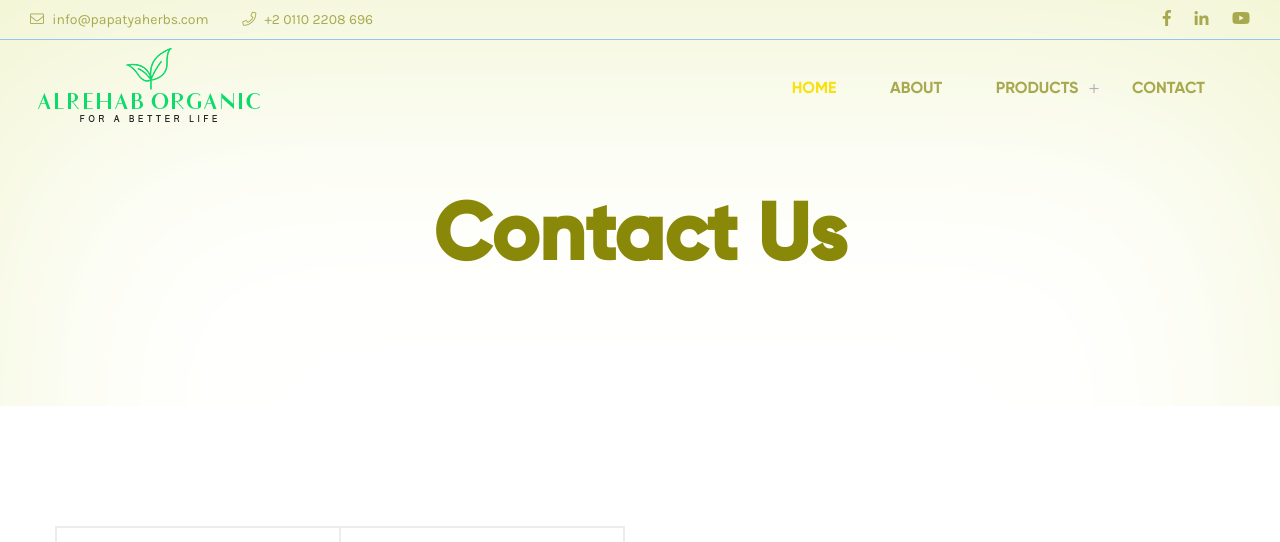
Repository: ziadmoh/alrehab-organic
Page: contact.html
The author's editor kept a copy of each file at every save. The page is drawn from the files as they stood at one save, then again after the next save.
The browser window is 1280 px wide. The pictures show the part of the page from y = 0 to 542 px (the page is 2754 px tall).
Pictures or frames that could not be fetched are drawn as grey boxes. The style sheet was rebuilt from its Sass, Less or Tailwind sources for each picture, by a compiler version that may differ from the author's.

Above is the page before, as saved 2023-10-30 23:28:16.

### contact.html
<!DOCTYPE html>
<html lang="zxx">

<head>
    <!--====== Required meta tags ======-->
    <meta charset="utf-8" />
    <meta http-equiv="x-ua-compatible" content="ie=edge" />
    <meta name="description" content="" />
    <meta name="viewport" content="width=device-width, initial-scale=1, shrink-to-fit=no" />

    <!--====== Title ======-->
    <title>Herbs and Spices Exporter | Papatyaherbs </title>
    <!--====== Favicon Icon ======-->
    <link rel="shortcut icon" href="assets/img/favicon.ico" type="img/png" />
    <!--====== Bootstrap css ======-->
    <link rel="stylesheet" href="assets/css/bootstrap.min.css" />
    <!--====== Slick Slider ======-->
    <link rel="stylesheet" href="assets/css/slick.css" />
    <!--====== Magnific ======-->
    <link rel="stylesheet" href="assets/css/magnific-popup.css" />
    <!--====== Animate CSS ======-->
    <link rel="stylesheet" href="assets/css/animate.min.css" />
    <!--====== Font Awesome ======-->
    <link rel="stylesheet" href="assets/css/font-awesome.min.css" />
    <!--====== Main Css ======-->
    <link rel="stylesheet" href="assets/css/style.css" />
</head>

<body>
    <!--====== Preloader Start ======-->
    <div id="preloader">
        <div class="loader-cubes">
            <div class="loader-cube1 loader-cube"></div>
            <div class="loader-cube2 loader-cube"></div>
            <div class="loader-cube4 loader-cube"></div>
            <div class="loader-cube3 loader-cube"></div>
        </div>
    </div>
    <!--====== Preloader End ======-->

    <!--====== Header Part Start ======-->
    <header class="header-two header-full-width sticky-header">
        <div class="header-topbar d-none d-sm-block">
            <div class="container-fluid">
                <div class="row align-items-center justify-content-between">
                    <div class="col-sm-auto col-12">
                        <ul class="contact-info text-center">
                            <li><a href="mailto:info@papatyaherbs.com"><i class="fal fa-envelope"></i> info@papatyaherbs.com</a></li>
                            <li><a href="tel:00201102208696"><i class="fal fa-phone"></i> +2 0110 2208 696</a></li>
                        </ul>
                    </div>
                    <div class="col-sm-auto col-12">
                        <div class="social-icon text-center">
                            <ul>
                                <li><a href="#"><i class="fab fa-facebook-f"></i></a></li>
                                <!--<li><a href="#"><i class="fab fa-twitter"></i></a></li>-->
                                <!--<li><a href="#"><i class="fab fa-behance"></i></a></li>-->
                                <li><a target="_blank" href="https://www.linkedin.com/company/papatyaherbs/"><i class="fab fa-linkedin-in"></i></a></li>
                                <li><a href="#"><i class="fab fa-youtube"></i></a></li>
                            </ul>
                        </div>
                    </div>
                </div>
            </div>
        </div>
        <div class="header-navigation">
            <div class="container-fluid d-flex align-items-center justify-content-between">
                <div class="header-left">
                    <div class="site-logo">
                        <a href="index.html"><img src="assets/img/logos/re-logo1.png" alt="Omnivus"></a>
                    </div>
                </div>
                <div class="header-right d-flex align-items-center justify-content-end">
                    <div class="site-nav-menu">
                        <ul class="primary-menu">
                            <li class="current">
                                <a class="nav-link" href="index.html">Home</a>

                            </li>
                            <li>
                                <a class="nav-link" href="about.html">About</a>
                            </li>
                            <li>
                                <a href="#">Products</a>
                                <ul class="submenu">
                                    <li><a href="seeds.html">Seeds</a></li>
                                    <li><a href="herbs.html">Herbs</a></li>
                                    <li><a href="spices.html">Spices</a></li>
                                    <!-- <li><a href="products-details.html">Services Details</a></li> -->
                                </ul>
                            </li>


                            <li>
                                <a href="contact.html">Contact</a>
                            </li>
                        </ul>
                        <a href="#" class="nav-close"><i class="fal fa-times"></i></a>
                    </div>
                    <div class="header-extra d-flex align-items-center">
                        <div class="nav-toggler">
                            <span></span><span></span><span></span>
                        </div>
                    </div>
                </div>

            </div>
        </div>
    </header>
    <!--====== Header Part End ======-->

    <!--====== Page Title start ======-->
    <section class="page-title-area">
        <div class="container">
            <h2 class="title">Contact Us</h2>

        </div>
    </section>
    <!--====== Page Title End ======-->

    <!--====== Contact Information Start ======-->
    <section class="contact-info-section section-gap">
        <div class="container">
            <div class="row align-items-center">
                <div class="col-lg-6">
                    <div class="contact-info-items mb-md-gap-50">
                        <div class="contact-info-item text-center">
                            <i class="fal fa-phone"></i>
                            <h5 class="title">Phone Number</h5>
                            <p>+2 0110 2208 696</p>
                        </div>
                        <div class="contact-info-item text-center">
                            <i class="fal fa-envelope"></i>
                            <h5 class="title">Email Address</h5>
                            <p>info@papatyaherbs.com</p>
                        </div>
                        <a target="_blank" href="https://www.google.com/maps/place/29%C2%B016'28.2%22N+30%C2%B041'37.5%22E/@29.2745,30.69375,17z/data=!3m1!4b1!4m4!3m3!8m2!3d29.2745!4d30.69375?hl=en-GB&entry=ttu" class="contact-info-item text-center">
                            <i class="fal fa-map"></i>
                            <h5 class="title">Company Location</h5>
                            <p>Abu Denqash, Ibsheway, Faiyum Governorate</p>
                        </a>
                        <div class="contact-info-item text-center">
                            <i class="fal fa-globe"></i>
                            <h5 class="title">Social Network</h5>
                            <p>fb.com/example</p>
                        </div>
                    </div>
                </div>
                <div class="col-lg-6">
                    <div class="contact-map-three">
                        <iframe src="https://www.google.com/maps/embed?pb=!1m17!1m12!1m3!1d3480.2666137017363!2d30.693749999999998!3d29.2745!2m3!1f0!2f0!3f0!3m2!1i1024!2i768!4f13.1!3m2!1m1!2zMjnCsDE2JzI4LjIiTiAzMMKwNDEnMzcuNSJF!5e0!3m2!1sen!2seg!4v1698698469248!5m2!1sen!2seg" width="600" height="450" style="border:0;" allowfullscreen="" loading="lazy" referrerpolicy="no-referrer-when-downgrade"></iframe>
                    </div>
                </div>
            </div>
        </div>
    </section>
    <!--====== Contact Information End ======-->

    <!--====== Contact Form Start ======-->
    <section class="contact-map-section section-gap soft-blue-bg">
        <div class="container">
            <div class="row justify-content-start">
                <div class="col-lg-8 col-md-9">
                    <div class="section-title text-left mb-45">
                        <h2 class="title">Get In Touch</h2>
                    </div>

                    <div class="form-area">
                        <form id="contactForm" action="assets/php/form-process.php" name="contactForm" method="post">
                            <div class="input-group form-group">
                                <input type="text" name="name" id="name" placeholder="Enter your name" required data-error="Please enter your name">
                                <label class="icon" for="name"><i class="fal fa-user"></i></label>
                                <div class="help-block with-errors"></div>
                            </div>
                            <div class="input-group form-group mt-20">
                                <input type="email" id="email" name="email" placeholder="Enter your email" required data-error="Please enter your Email">
                                <label class="icon" for="email"><i class="fal fa-envelope"></i></label>
                                <div class="help-block with-errors"></div>
                            </div>
                            <div class="input-group form-group textarea-group mt-20">
                                <textarea name="message" id="message" cols="30" rows="10" placeholder="Enter your message" required data-error="Please enter your Message"></textarea>
                                <label class="icon" for="message"><i class="fal fa-edit"></i></label>
                                <div class="help-block with-errors"></div>
                            </div>
                            <div class="input-group d-block mt-20">
                                <button class="main-btn" type="submit">Submit Now</button>
                                <div id="msgSubmit" class="hidden"></div>
                            </div>
                        </form>
                    </div>
                </div>
            </div>
        </div>
    </section>
    <!--====== Contact Form End ======-->


    <!--====== Back to top start ======-->
    <div class="back-to-top">
        <a href="#"> <i class="fas fa-arrow-up"></i> </a>
    </div>
    <!--====== Back to top start ======-->

    <!--====== Footer PART START ======-->
    <footer class="footer-area">
        <div class="container">
            <div class="row footer-widgets">
                <div class="col-lg-4 col-md-6 col-md-7">
                    <div class="widget about-widget">
                        <div class="logo">
                            <img src="assets/img/logos/logo-white.png" alt="">
                        </div>
                        <p>At Papatyaherbs, we are dedicated to enriching your experiences with the finest herbs, spices, and seeds. With a commitment to quality, sustainability, and flavor, we take pride in our journey from field to plate. Our passion for delivering excellence has made us a trusted name in the industry, and we look forward to being your partner. Explore our diverse range of products, discover the stories behind each flavor, and join us on a gastronomic adventure that celebrates nature's bounty.</p>

                    </div>
                </div>
                <div class="col-lg-3 col-md-6 offset-xl-1">
                    <div class="widget nav-widget">
                        <h4 class="widget-title">Pages</h4>
                        <div class="footer-list">
                            <ul>
                                <li><a href="index.html"><i class="fal fa-angle-right"></i> Home</a></li>
                                <li><a href="products.html"><i class="fal fa-angle-right"></i> Products</a></li>
                                <li><a href="about.html"><i class="fal fa-angle-right"></i> About</a></li>

                            </ul>
                            <ul>
                                <li><a href="certificates.html"><i class="fal fa-angle-right"></i> Certificates</a></li>
                                <li><a href="contact.html"><i class="fal fa-angle-right"></i> Contact Us</a></li>

                            </ul>
                        </div>
                    </div>
                </div>
                <div class="col-lg-4 col-md-6 col-md-6">
                    <div class="widget contact-widget">
                        <h4 class="widget-title">Contact</h4>
                        <ul>

                            <li>+2 0110 2208 696</li>
                            <li>info@papatyaherbs.com</li>
                        </ul>
                    </div>
                </div>
            </div>
            <div class="footer-copyright">
                <p>Copyright By@ <a href="#">Papatyaherbs</a> - 2023</p>
            </div>
        </div>
    </footer>
    <!--====== Footer PART ENDS ======-->

    <!--====== Jquery ======-->
    <script src="assets/js/jquery-1.12.4.min.js"></script>
    <!--====== Bootstrap ======-->
    <script src="assets/js/bootstrap.bundle.min.js"></script>
    <!--====== Slick slider ======-->
    <script src="assets/js/slick.min.js"></script>
    <!--====== Magnific ======-->
    <script src="assets/js/jquery.magnific-popup.min.js"></script>
    <!--====== Isotope ======-->
    <script src="assets/js/isotope.pkgd.min.js"></script>
    <!--====== Imagesloaded ======-->
    <script src="assets/js/imagesloaded.pkgd.min.js"></script>
    <!--====== Inview ======-->
    <script src="assets/js/jquery.inview.min.js"></script>
    <!--====== Easy Pie Chart ======-->
    <script src="assets/js/jquery.easypiechart.min.js"></script>
    <!--====== Syotimer ======-->
    <script src="assets/js/jquery.syotimer.min.js"></script>
    <!--====== AjaxChimp Min JS ======-->
    <script src="assets/js/jquery.ajaxchimp.min.js"></script>
    <!--====== Form Validator Min JS ======-->
    <script src="assets/js/form-validator.min.js"></script>
    <!--====== Contact Form Min JS ======-->
    <script src="assets/js/contact-form-script.js"></script>
    <!--====== Wow ======-->
    <script src="assets/js/wow.min.js"></script>
    <!--====== Main JS ======-->
    <script src="assets/js/main.js"></script>
</body>

</html>

### assets/scss/style.scss
/*-----------------------------------------------------------------------------------
    This is Main Style Scss File.
-----------------------------------------------------------------------------------
	CSS INDEX
	===================
    01. Common
    02. Header
    03. Banner
    04. Service
    05. Feature
    05. Portdolio
    07. Counter
    08. Team
    09. Testimonial
    10. Call to action
    11. Latest Post
    12. About
    13. Why Choose
    14. Contact
    15. Intro Video
    16. Accordion
    17. history
    18. Brand
    19. Page title
    20. Shop
    21. Blog
    22. Pricing
    23. Tile Gallery
    24. Comming Soon
    25. Privacy
-----------------------------------------------------------------------------------*/

@import "variables";
@import "common";
@import "header";
@import "banner";
@import "service";
@import "feature";
@import "portfolio";
@import "counter";
@import "team";
@import "testimonial";
@import "cta";
@import "latest-news";
@import "about";
@import "why-choose";
@import "contact";
@import "intro-video";
@import "accordion";
@import "history";
@import "brand";
@import "footer";
@import "page-title";
@import "shop";
@import "blog";
@import "pricing";
@import "tile-gallery";
@import "coming-soon";
@import "privacy";

### assets/scss/_why-choose.scss
/*===== Why Choose css =====*/
.why-choose-area {
    background-color: #a58e0f;
    padding-top: 113px;
    padding-bottom: 113px;
    position: relative;
    overflow: hidden;
    z-index: 2;

    .single-choose {
        .icon-box {
            display: inline-flex;
            align-items: center;
            justify-content: center;
            height: 175px;
            width: 175px;
            border-radius: 50%;
            border: 2px solid #ad6c1c;
            background: radial-gradient(
                circle,
                #f9d483 0%,
                rgba(209, 209, 223, 0) 50%,
                rgba(255, 255, 255, 0) 74%
            );
            position: relative;
            z-index: 2;
            font-size: 60px;
            color: $white;
            line-height: 1;
            margin-bottom: 50px;

            .rotate-dot {
                position: absolute;
                left: 0;
                top: 0;
                height: 100%;
                width: 100%;
                border-radius: 50%;
                z-index: -1;
                @include animation(rotateTwo 30s linear infinite);

                &::before {
                    position: absolute;
                    content: "";
                    height: 15px;
                    width: 15px;
                    background: $white;
                    top: -8px;
                    left: 50%;
                    transform: translateX(-50%);
                    border-radius: 50%;
                }

                &::after {
                    position: absolute;
                    content: "";
                    height: 7px;
                    width: 7px;
                    background: $white;
                    bottom: -4px;
                    left: 50%;
                    transform: translateX(-50%);
                    border-radius: 50%;
                }
            }
        }

        h4 {
            font-size: 26px;
            color: $white;
            margin-bottom: 20px;
        }

        p {
            color: #c7c7ff;
            padding: 0 20px;

            @include respond-between(lg, xl) {
                padding: 0;
            }

            @include respond-below(sm) {
                padding: 0;
            }
        }
    }

    .choose-dot {
        position: absolute;
        top: 0;
        right: 0;
        z-index: -1;

        img {
            width: 100%;
        }
    }

    .choose-shape {
        position: absolute;
        left: 0;
        top: -170px;
        z-index: -1;

        img {
            width: 100%;
        }
    }
}

### assets/scss/_brand.scss
/*=======  Brand Slider  =======*/
.brand-slider {
    .brand-item {
        text-align: center;

        a {
            opacity: 0.2;

            &:hover {
                opacity: 1;
            }
        }

        &.full-opacity a{
            opacity: 1;
        }
    }

    .slick-track {
        display: flex;
        align-items: center;
    }
}

### assets/scss/_page-title.scss
/*=======  Page Title  =======*/
.page-title-area {
    background: #e5eca996;
    position: relative;
    z-index: 1;
    text-align: center;
    padding-top: 190px;
    padding-bottom: 110px;

    @include respond-below(sm) {
        padding-top: 180px;
    }

    &::before {
        position: absolute;
        content: "";
        top: 0;
        left: 0;
        width: 100%;
        height: 100%;
        background-image: url(../img/banner/banner-gradient-bg-2.png);
        background-repeat: no-repeat;
        background-size: cover;
        background-position: center;
        z-index: -1;
    }

    .title {
        font-size: 80px;
        margin-bottom: 10px;

        @include respond-below(lg) {
            font-size: 62px;
        }

        @include respond-below(sm) {
            font-size: 38px;
        }
    }

    .breadcrumb-nav {
        display: flex;
        justify-content: center;

        li {
            font-size: 24px;
            font-weight: 700;
            position: relative;
            line-height: 1;

            @include respond-below(sm) {
                font-size: 18px;
            }

            &:not(:last-child) {
                &::after {
                    content: "|";
                    margin: 0 8px;
                }
            }

            &,
            a {
                color: #69a1bb;
            }
        }
    }
}

### assets/scss/_tile-gallery.scss
/*======= Tile Gallery =======*/
.tile-gallery-one {
    text-align: right;

    img {
        border: 11px solid $white;
        box-shadow: 0px 13px 30px rgba(0, 0, 0, 0.07);
    }

    .img-one {
        text-align: left;

        @include respond-between(lg, xl) {
            max-width: 90%;
        }

        @include respond-below(md) {
            max-width: 90%;
        }
    }

    .img-two {
        margin-top: -80px;
        position: relative;
        display: inline-block;
        margin-left: auto;
        z-index: 1;

        @include respond-between(lg, xl) {
            max-width: 90%;
        }

        @include respond-below(md) {
            max-width: 90%;
        }

        &::before {
            content: "";
            position: absolute;
            content: "";
            left: -15px;
            bottom: -15px;
            background-color: $primary-color;
            z-index: -1;
            height: 180px;
            width: 180px;
            clip-path: polygon(0 0, 0% 100%, 100% 100%);
        }
    }
}

.tile-gallery-two {
    text-align: right;

    .img-one {
        text-align: left;

        @include respond-below(sm) {
            max-width: 90%;
        }
    }

    .img-two {
        margin-top: -220px;
        position: relative;
        z-index: 1;
        display: inline-block;

        @include respond-between(lg, xl) {
            max-width: 80%;
        }

        @include respond-below(sm) {
            max-width: 90%;
        }

        &::before {
            content: "";
            position: absolute;
            content: "";
            right: -15px;
            bottom: -15px;
            background-color: $primary-color;
            z-index: -1;
            width: calc(100% - 80px);
            height: calc(100% - 80px);
            clip-path: polygon(100% 0, 0% 100%, 100% 100%);
        }
    }
}

.tile-gallery-three {
    .img-one {
        text-align: right;

        @include respond-below(sm) {
            max-width: 90%;
        }
    }

    .img-two {
        margin-top: -220px;
        position: relative;
        z-index: 1;
        display: inline-block;

        @include respond-below(sm) {
            max-width: 90%;
        }

        @include respond-between(lg, xl) {
            max-width: 90%;
        }

        img {
            border: 15px solid $soft-blue;
        }
    }
}

### assets/scss/_privacy.scss
/*=======  Privacy  =======*/
.privacy-area {
    .content-box {
        padding-bottom: 25px;
        border-bottom: 1px solid $border-color;
        color: $text-color-2;

        &:last-child {
            border-bottom: none;
        }

        h2 {
            margin-bottom: 20px;
        }

        h4 {
            max-width: 80%;
            margin-bottom: 15px;
        }

        p {
            margin-bottom: 20px;
        }

        ul.list {
            margin-top: 15px;

            li {
                position: relative;
                padding-left: 20px;
                padding-bottom: 15px;
                line-height: 20px;

                &:before {
                    position: absolute;
                    top: 5px;
                    left: 0;
                    width: 10px;
                    height: 10px;
                    border-radius: 10px;
                    background: $secondary-color;
                    content: "";
                }
            }
        }
    }
}

Loaded but not shown: assets/css/bootstrap.min.css (library); assets/css/slick.css (common file); assets/css/magnific-popup.css (library); assets/css/animate.min.css (library); assets/css/font-awesome.min.css (library); assets/js/jquery-1.12.4.min.js (library); assets/js/bootstrap.bundle.min.js (library); assets/js/slick.min.js (library); assets/js/jquery.magnific-popup.min.js (library); assets/js/isotope.pkgd.min.js (library); assets/js/imagesloaded.pkgd.min.js (library); assets/js/jquery.inview.min.js (common file); assets/js/jquery.easypiechart.min.js (library); assets/js/jquery.syotimer.min.js (library); assets/js/jquery.ajaxchimp.min.js (common file); assets/js/form-validator.min.js (library); assets/js/wow.min.js (library); assets/js/main.js (623 lines, source omitted); assets/js/contact-form-script.js (62 lines, source omitted); assets/scss/_blog.scss (1050 lines, source omitted); assets/scss/_header.scss (781 lines, source omitted); assets/scss/_service.scss (851 lines, source omitted); assets/scss/_banner.scss (723 lines, source omitted); assets/scss/_common.scss (1101 lines, source omitted); assets/scss/_shop.scss (765 lines, source omitted); assets/scss/_portfolio.scss (533 lines, source omitted); assets/scss/_team.scss (422 lines, source omitted); assets/scss/_accordion.scss (320 lines, source omitted); assets/scss/_feature.scss (328 lines, source omitted); assets/scss/_intro-video.scss (289 lines, source omitted); assets/scss/_counter.scss (327 lines, source omitted); assets/scss/_latest-news.scss (316 lines, source omitted); assets/scss/_cta.scss (275 lines, source omitted); assets/scss/_contact.scss (280 lines, source omitted); assets/scss/_about.scss (261 lines, source omitted); assets/scss/_footer.scss (239 lines, source omitted); assets/scss/_history.scss (164 lines, source omitted); assets/scss/_coming-soon.scss (136 lines, source omitted); assets/scss/_testimonial.scss (143 lines, source omitted); assets/scss/_variables.scss (121 lines, source omitted); assets/scss/_pricing.scss (147 lines, source omitted)

After the next save:
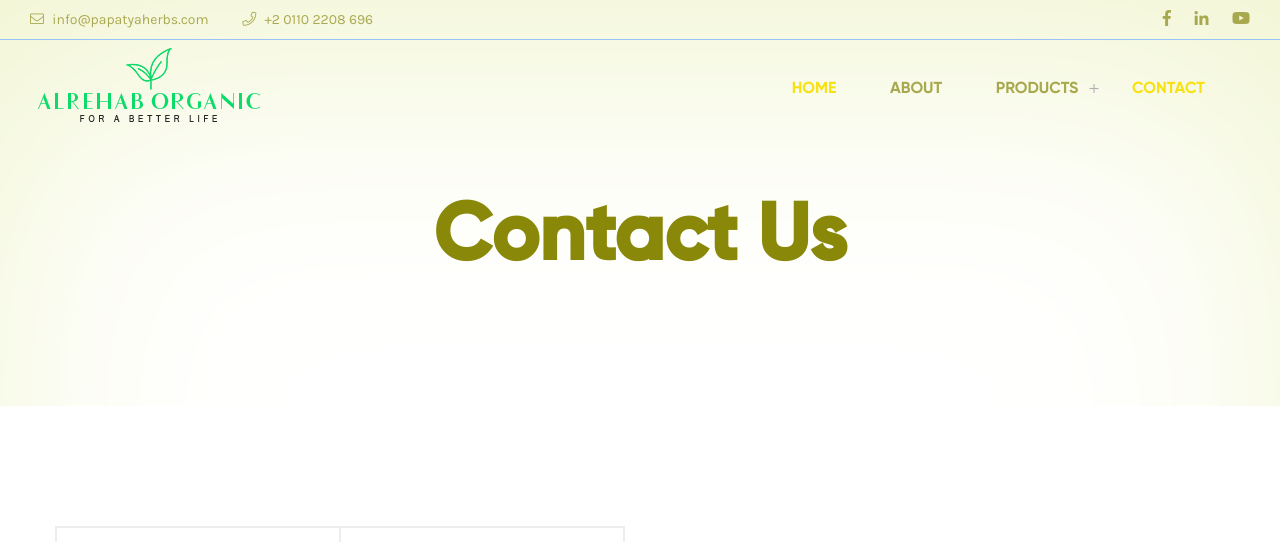
Saved 13 s later.
--- a/contact.html
+++ b/contact.html
@@ -91,7 +91,7 @@
                             </li>
 
 
-                            <li>
+                            <li class="current">
                                 <a href="contact.html">Contact</a>
                             </li>
                         </ul>
